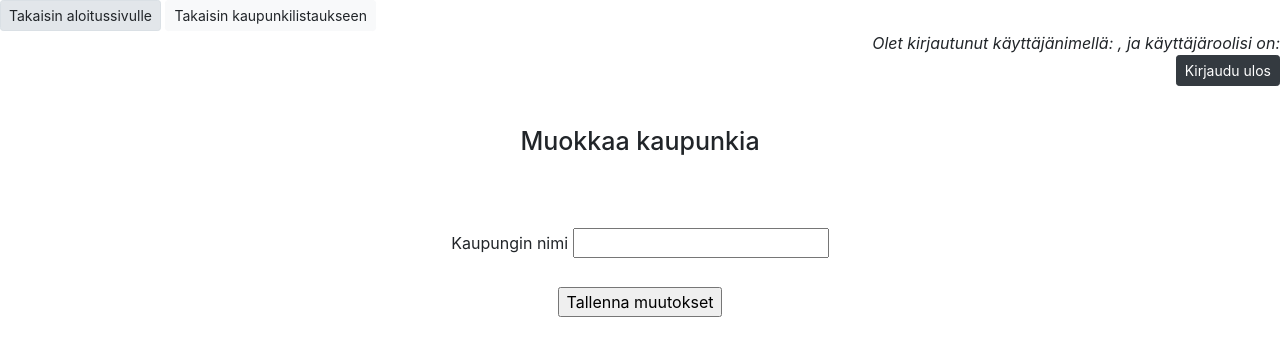
Repository: LiljestromNadja/Backend_s2023_harjoitustyo
Page: http://localhost/editAdtype
These files come from the project's save history. The page is drawn as it stood at one moment and after the next save; the edit follows.
The browser window is 1280 px wide. The pictures show the whole page.
The page is this project's Thymeleaf template; nobody is signed in. The template is opened directly, without the code that normally fills it, so the values that code supplies are empty.

Above is the page before, as saved 2023-11-10 19:12:24.

### harkkas23v02/src/main/resources/templates/editAdtype.html
<!DOCTYPE HTML>
<html xmlns:th="http://www.thymeleaf.org">
	<head>
	    <title>Muokkaa kaupunkia</title> <!-- 18102023 -->
	    <meta http-equiv="Content-Type" content="text/html; charset=UTF-8" />
	    <!-- Bootstrap-linkki vaihdettu tähän 04-10-2023 -->
		<link rel="stylesheet" href="https://cdn.jsdelivr.net/npm/bootstrap@4.0.0/dist/css/bootstrap.min.css" integrity="sha384-Gn5384xqQ1aoWXA+058RXPxPg6fy4IWvTNh0E263XmFcJlSAwiGgFAW/dAiS6JXm" crossorigin="anonymous"> <!-- Lisättiin tyyli, bootstrap 4.0 -->
		<!-- Lisättiin tyyli, bootstrap 4.0 -->
	</head>
	<body>
			<a href="/index"><button class="text-left btn btn-light btn-sm">Takaisin aloitussivulle</button></a>
			<a href="/cities"><button class="text-left btn btn-light btn-sm">Takaisin kaupunkilistaukseen</button></a>

		<div class="text-right">
			<i>Olet kirjautunut käyttäjänimellä: <b sec:authentication="name"></b>,	ja käyttäjäroolisi on: <b sec:authentication="principal.authorities"></b></i>
			<br>
			<form class="text-right" th:action="@{/logout}" method="post">
				<input type="submit" value="Kirjaudu ulos" class="btn btn-sm btn-dark" />
			</form>
		</div>
	    <div style="clear: both; display: block; height: 40px;"></div>
		<h1 style="text-align: center; font-size: 25px">Muokkaa kaupunkia</h1>
		<div style="clear: both; display: block; height: 40px;"></div>
		</br>
		<div style="text-align: center;">
			<form th:object="${city}" th:action="@{../saveCity}" action="#" method="post"> 	 					<!-- Tässä menee @{/saveCaegory} -->

			  	<input type="hidden" id="cityid" th:field="*{cityid}" />												<!-- muokatessa id:n täytyy mennä mukana backendin puolelle, ettei luoda uutta kategoriaa -->
			  	<div>
				  	<label>Kaupungin nimi</label>
					<input type="text" th:field="*{name}" />
				</div>

				<br>
				<input  type="submit" value="Tallenna muutokset"></input>
			</form>

		</div>





	</body>
</html>

After the next save:
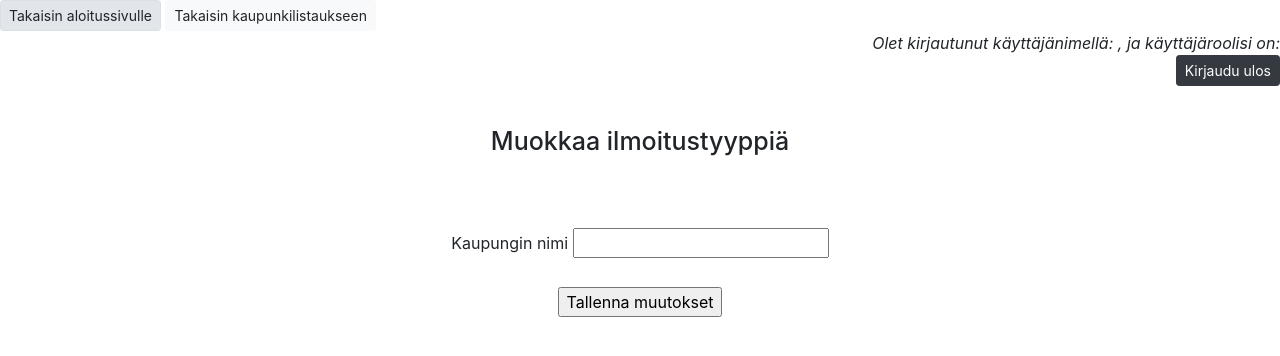
Saved 104 s later.
--- a/harkkas23v02/src/main/resources/templates/editAdtype.html
+++ b/harkkas23v02/src/main/resources/templates/editAdtype.html
@@ -19,7 +19,7 @@
 			</form>
 		</div>
 	    <div style="clear: both; display: block; height: 40px;"></div>
-		<h1 style="text-align: center; font-size: 25px">Muokkaa kaupunkia</h1>
+		<h1 style="text-align: center; font-size: 25px">Muokkaa ilmoitustyyppiä</h1>
 		<div style="clear: both; display: block; height: 40px;"></div>
 		</br>
 		<div style="text-align: center;">
